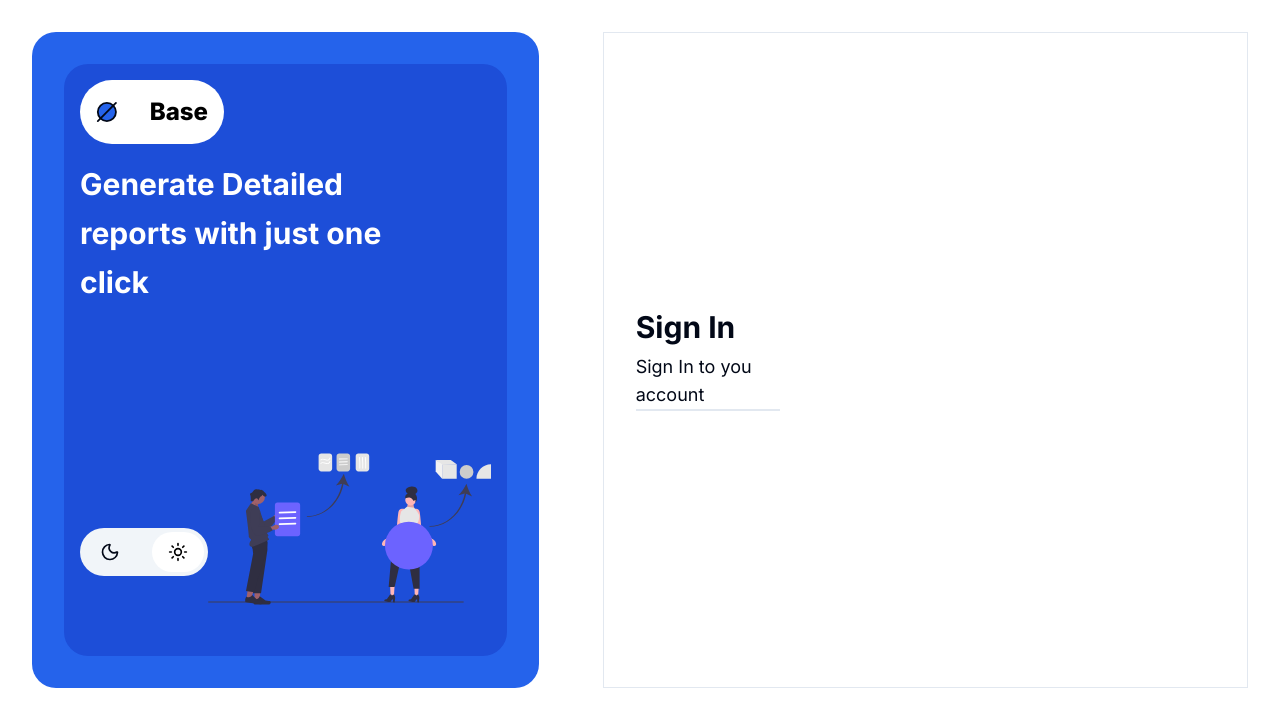
Repository: Hardyy00/openinapp_assignment
Page: /
These files come from the project's save history. The page is drawn as it stood at one moment and after the next save; the edit follows.
The browser window is 1280 px wide. The pictures show the whole page.
The project was rebuilt for these pictures with package versions that can differ from the ones it lists, and the page was loaded fresh each time. The framework's server and built-in components were replaced by stand-ins that run in the browser. Also part of the build but not shown: next.config.mjs.

Above is the page before, as saved 2024-08-23 16:20:53.

After the next save:
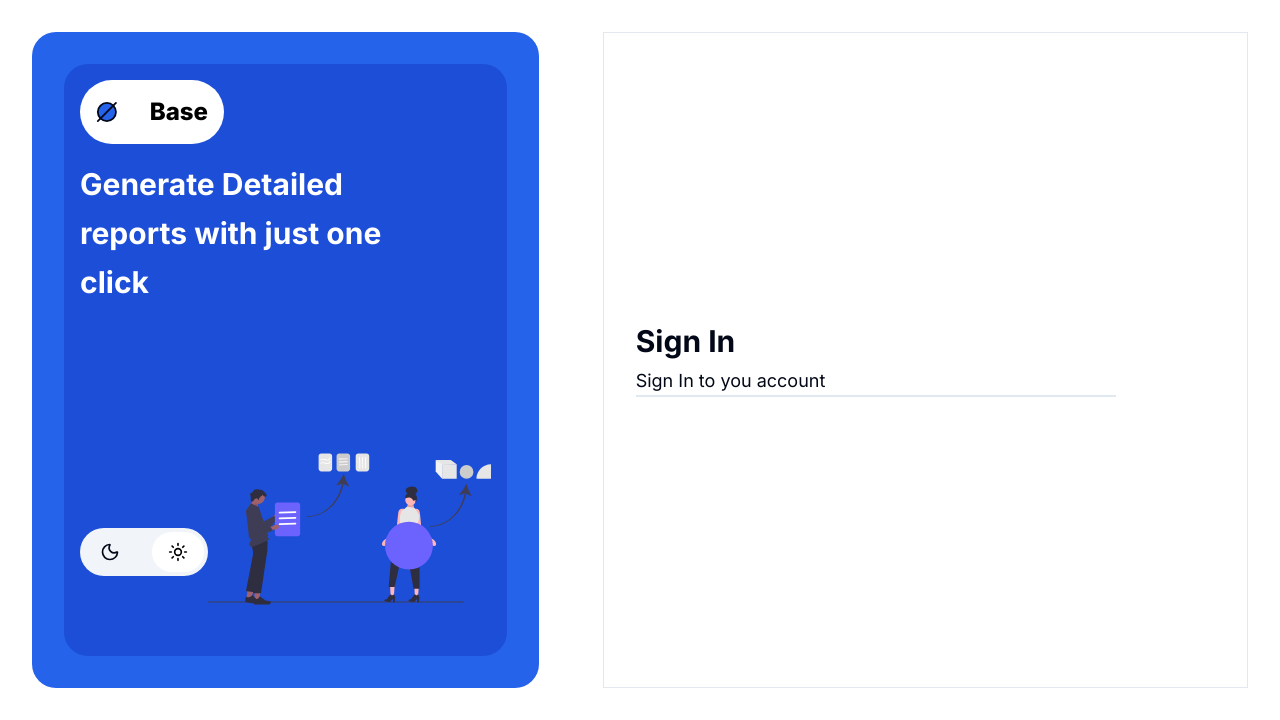
Saved 11 s later.
--- a/app/(auth)/page.tsx
+++ b/app/(auth)/page.tsx
@@ -2,7 +2,7 @@ export default function Page() {
   return (
     <div className="h-full p-8">
       <div className="p-8 border h-full flex items-center">
-        <div className="flex flex-col gap-x-4 w-36">
+        <div className="flex flex-col gap-x-4 w-[30rem]">
           <div className="space-y-2">
             <h1 className="text-foreground font-bold text-3xl">Sign In</h1>
             <p className="text-lg">Sign In to you account</p>
